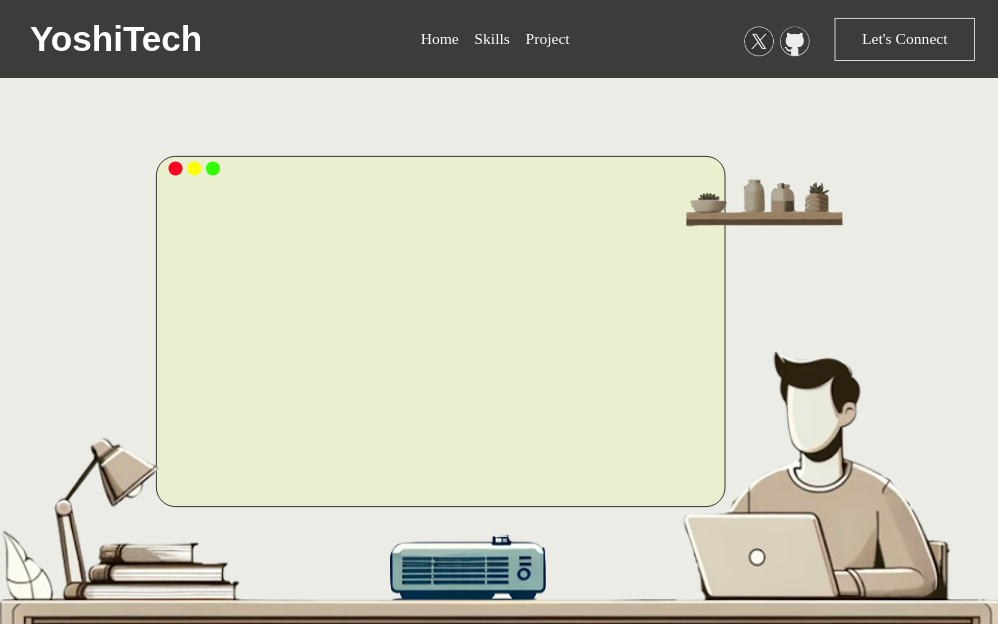
Repository: Yoshiki0418/My_Portfolio
Page: index.html
An editor plug-in stored every save of this project. The page is shown before and after the next save, followed by the edit.
The browser window is 1280 px wide. The pictures show the whole page, at 78% of full size.

Above is the page before, as saved 2024-01-06 00:13:34.

### index.html
<!DOCTYPE html>
<html lang="ja">
<head>
    <meta charset="UTF-8">
    <meta name="viewport" content="width=device-width, initial-scale=1.0">
    <title>Document</title>
    <link rel="stylesheet" type="text/css" href="style.css">
</head>
<body>
    <header>
        <h1 class="Logo">YoshiTech</h1>
        <div class="page_changer">
            <a class="changer_font">Home</a>
            <a class="changer_font">Skills</a>
            <a class="changer_font">Project</a>
        </div>
        <div class="sns_container">
            <a><img src="static/image/X.png" class="sns_pic"></a>
            <a><img src="static/image/GitHub.png" class="sns_pic"></a>
        </div>
        <div class="connect_container">
            <a class="connect_font">Let's Connect</a>
        </div>
    </header>
    <main>
        <section class="hero_section">
            <div class="monitor_container">
                <div class="circle_container">
                    <div class="circle1"></div>
                    <div class="circle2"></div>
                    <div class="circle3"></div>
                </div>
            </div>
            <img class="background2" src="static/image/4.png">
            <img class="background_sub" src="static/image/2.png">
            <img class="background" src="static/image/1.png">
        </section>
        <section class="project_section">

        </section>
    </main>

</body>
</html>

### style.css
*{
    margin: 0;
    padding: 0;
    box-sizing: border-box;
}

header {
	display: flex;
	align-items: center;
    width: 100%;
    height: 100px;
	background-color: #3E3B3B;
    position: relative;
}

.Logo{
    margin-left: 3%;
    color: white;
    font-family: 'Comic Sans MS', 'Arial Rounded MT Bold', sans-serif;
    font-size: 45px;
}

.page_changer{
    display: flex;
	align-items: center;
    padding: 20px;
    margin-left: 250px;
    margin-right: 250px;
}

.changer_font{
    color: white;
    margin: 10px;
    font-size: 20px;
}

.connect_font{
    color: white;
    font-size: 20px;
}

.connect_container{
    position: absolute;
    right: 30px;
    width: 180px;
    height: 55px;
    border: 1px solid white;
    display: flex;
    align-items: center;
    justify-content: center;
}

.sns_pic{
    width: 38px;
    height: auto;
    margin: 2px;
}

.sns_container{
    margin-top: 10px;
    position: absolute;
    right: 240px;
}

.hero_section{
    background-color: #ECECE7;
    width: 100%;
    height: 700px;
    position: relative;
}

.monitor_container{
    background-color: #E9EFCF;
    width: 730px;
    height: 450px;
    margin-left: 200px;
    border: 1px solid rgb(0, 0, 0);
    position: absolute;
    top: 100px;
    border-radius: 25px;
    display: flex;
    flex-wrap: wrap;
}

.circle_container{
	display: flex;
	flex-wrap: wrap;
    position: absolute;
    top: 6px;
    left: 15px;
}

.background{
    position: absolute;
    bottom: 0px;
    width: 100%;
    height: auto;
}

.background_sub{
    position: absolute;
    bottom: 30px;
    left: 500px;
    width: 200px;
    height: auto;
}

.background2{
    position: absolute;
    top: 130px;
    right: 200px;
    width: 200px;
    height: auto;
}

.circle1 {
    width: 18px;
    height: 18px;
    border-radius: 50%;
    background-color: rgb(255, 0, 34);
    margin-right: 6px;
}

.circle2 {
    width: 18px;
    height: 18px;
    border-radius: 50%;
    background-color: rgb(255, 255, 0);
    margin-right: 6px;
}

.circle3 {
    width: 18px;
    height: 18px;
    border-radius: 50%;
    background-color: rgb(47, 255, 0);
}

After the next save:
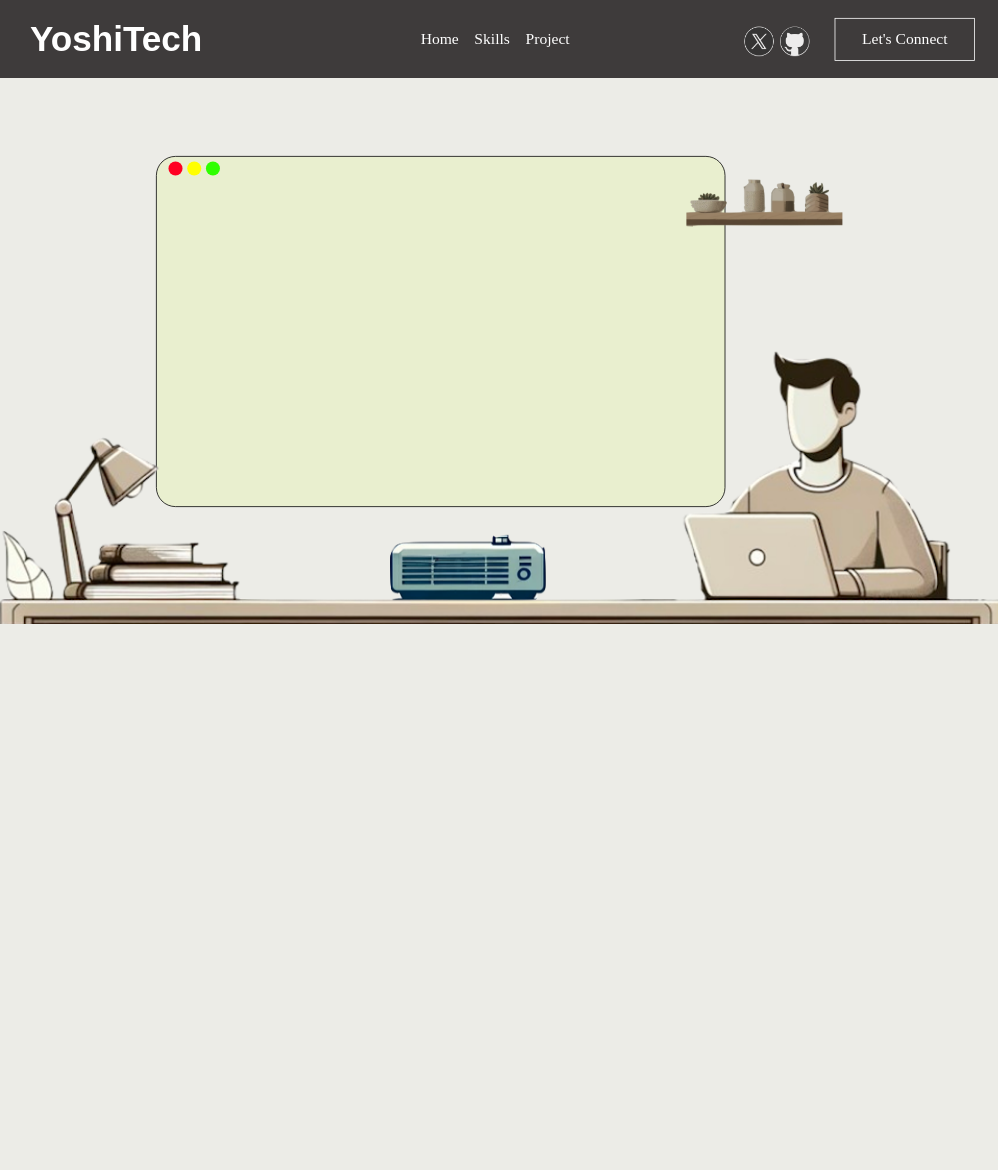
Saved 21 s later.
--- a/style.css
+++ b/style.css
@@ -135,3 +135,10 @@
     border-radius: 50%;
     background-color: rgb(47, 255, 0);
 }
+
+.project_section{
+    background-color: #ECECE7;
+    width: 100%;
+    height: 700px;
+    position: relative;
+}
